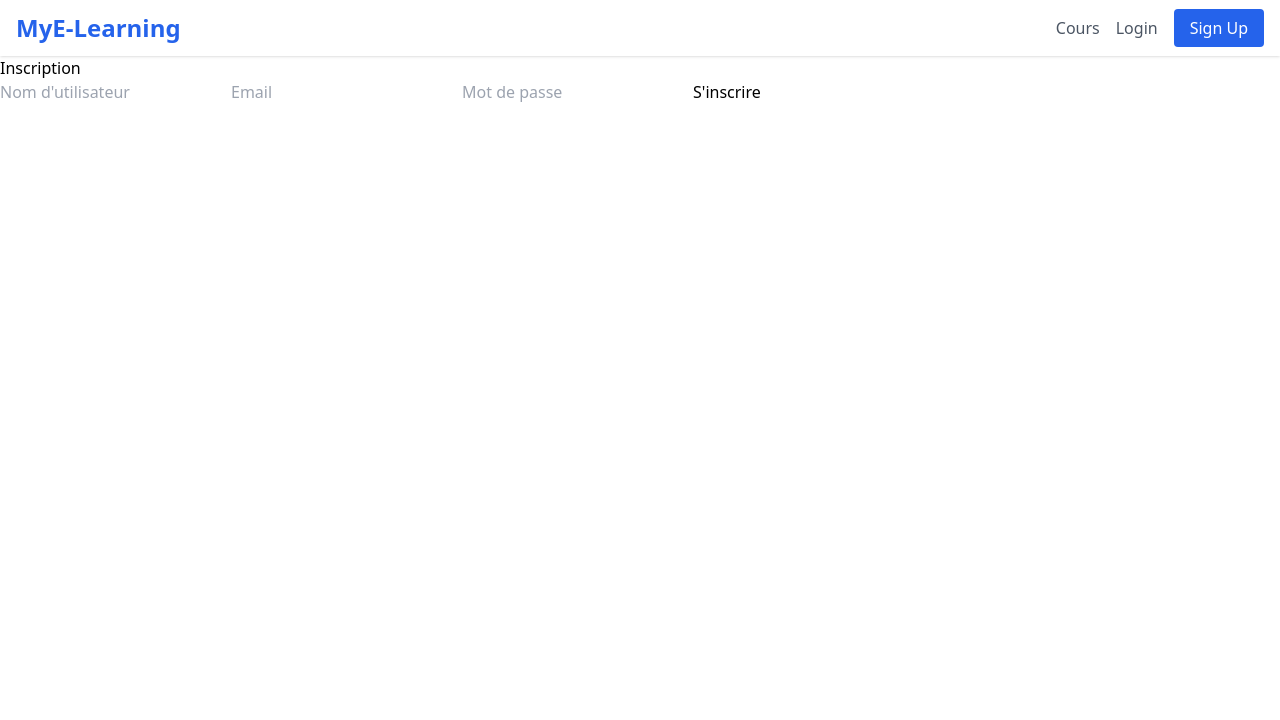
Repository: abdernossair/Studyfi
Page: /signup (app in frontend-react/)
The author's editor kept a copy of each file at every save. The page is drawn from the files as they stood at one save, then again after the next save.
The browser window is 1280 px wide. The pictures show the whole page.
The project was rebuilt for these pictures with package versions that can differ from the ones it lists, and the page was loaded fresh each time. Also part of the build but not shown: frontend-react/src/pages/Home.js, frontend-react/src/pages/Login.js, frontend-react/src/pages/Courses.js, frontend-react/src/pages/CourseDetail.js.

Above is the page before, as saved 2025-01-08 02:27:29.

After the next save:
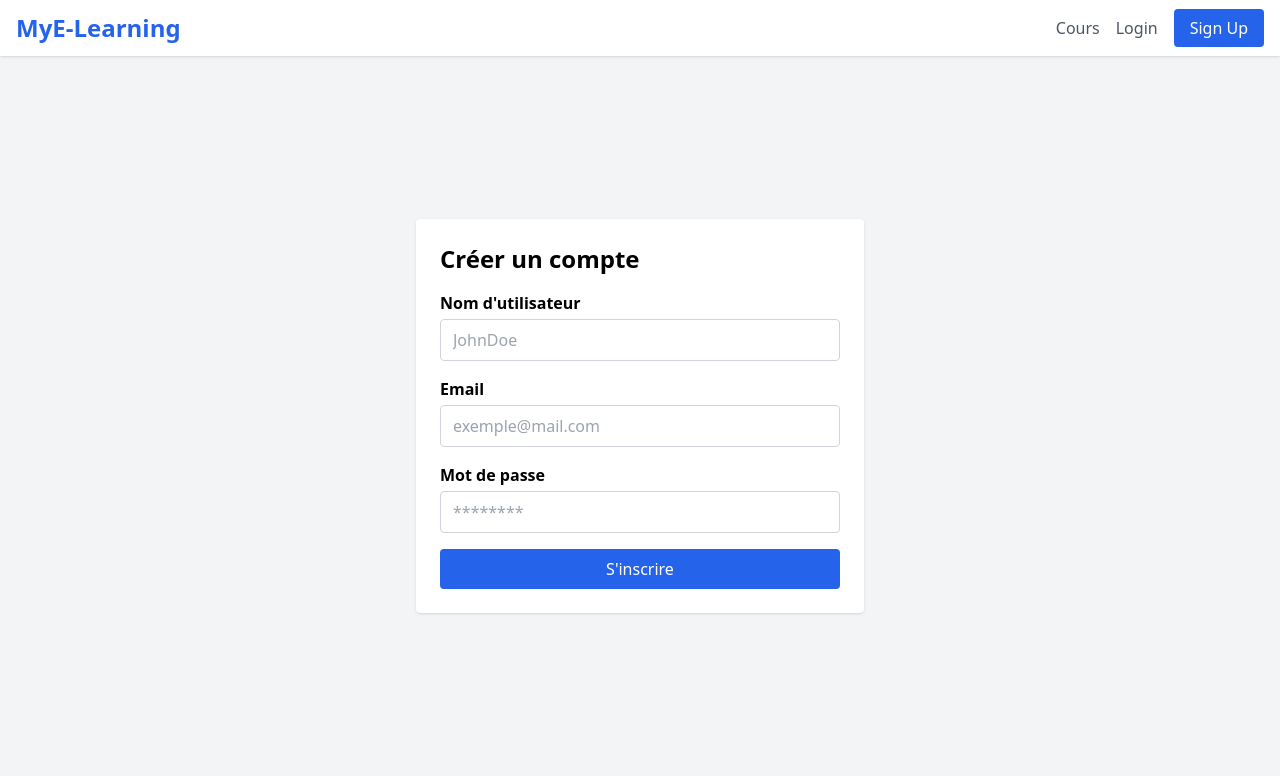
Saved 14 s later.
--- a/frontend-react/src/pages/Signup.js
+++ b/frontend-react/src/pages/Signup.js
@@ -12,34 +12,61 @@ const Signup = () => {
     try {
       await signupUser({ username, email, password });
       alert('Inscription réussie ! Vous pouvez maintenant vous connecter.');
+      // Redirection éventuelle...
     } catch (err) {
       setError(err.response?.data?.error || 'Erreur lors de l\'inscription');
     }
   };
 
   return (
-    <div>
-      <h2>Inscription</h2>
-      <form onSubmit={handleSubmit}>
-        <input
-          placeholder="Nom d'utilisateur"
-          value={username}
-          onChange={(e) => setUsername(e.target.value)}
-        />
-        <input
-          placeholder="Email"
-          value={email}
-          onChange={(e) => setEmail(e.target.value)}
-        />
-        <input
-          placeholder="Mot de passe"
-          type="password"
-          value={password}
-          onChange={(e) => setPassword(e.target.value)}
-        />
-        <button type="submit">S'inscrire</button>
+    <div className="min-h-screen flex items-center justify-center bg-gray-100 px-4">
+      <form
+        onSubmit={handleSubmit}
+        className="w-full max-w-md bg-white p-6 rounded shadow"
+      >
+        <h2 className="text-2xl font-bold mb-4">Créer un compte</h2>
+        {error && <p className="text-red-500 mb-2">{error}</p>}
+
+        <div className="mb-4">
+          <label className="block mb-1 font-semibold">Nom d'utilisateur</label>
+          <input
+            type="text"
+            className="w-full border border-gray-300 px-3 py-2 rounded"
+            value={username}
+            onChange={(e) => setUsername(e.target.value)}
+            placeholder="JohnDoe"
+          />
+        </div>
+
+        <div className="mb-4">
+          <label className="block mb-1 font-semibold">Email</label>
+          <input
+            type="email"
+            className="w-full border border-gray-300 px-3 py-2 rounded"
+            value={email}
+            onChange={(e) => setEmail(e.target.value)}
+            placeholder="exemple@mail.com"
+          />
+        </div>
+
+        <div className="mb-4">
+          <label className="block mb-1 font-semibold">Mot de passe</label>
+          <input
+            type="password"
+            className="w-full border border-gray-300 px-3 py-2 rounded"
+            value={password}
+            onChange={(e) => setPassword(e.target.value)}
+            placeholder="********"
+          />
+        </div>
+
+        <button
+          type="submit"
+          className="w-full py-2 bg-blue-600 text-white rounded hover:bg-blue-700 transition"
+        >
+          S'inscrire
+        </button>
       </form>
-      {error && <p style={{color:'red'}}>{error}</p>}
     </div>
   );
 };
